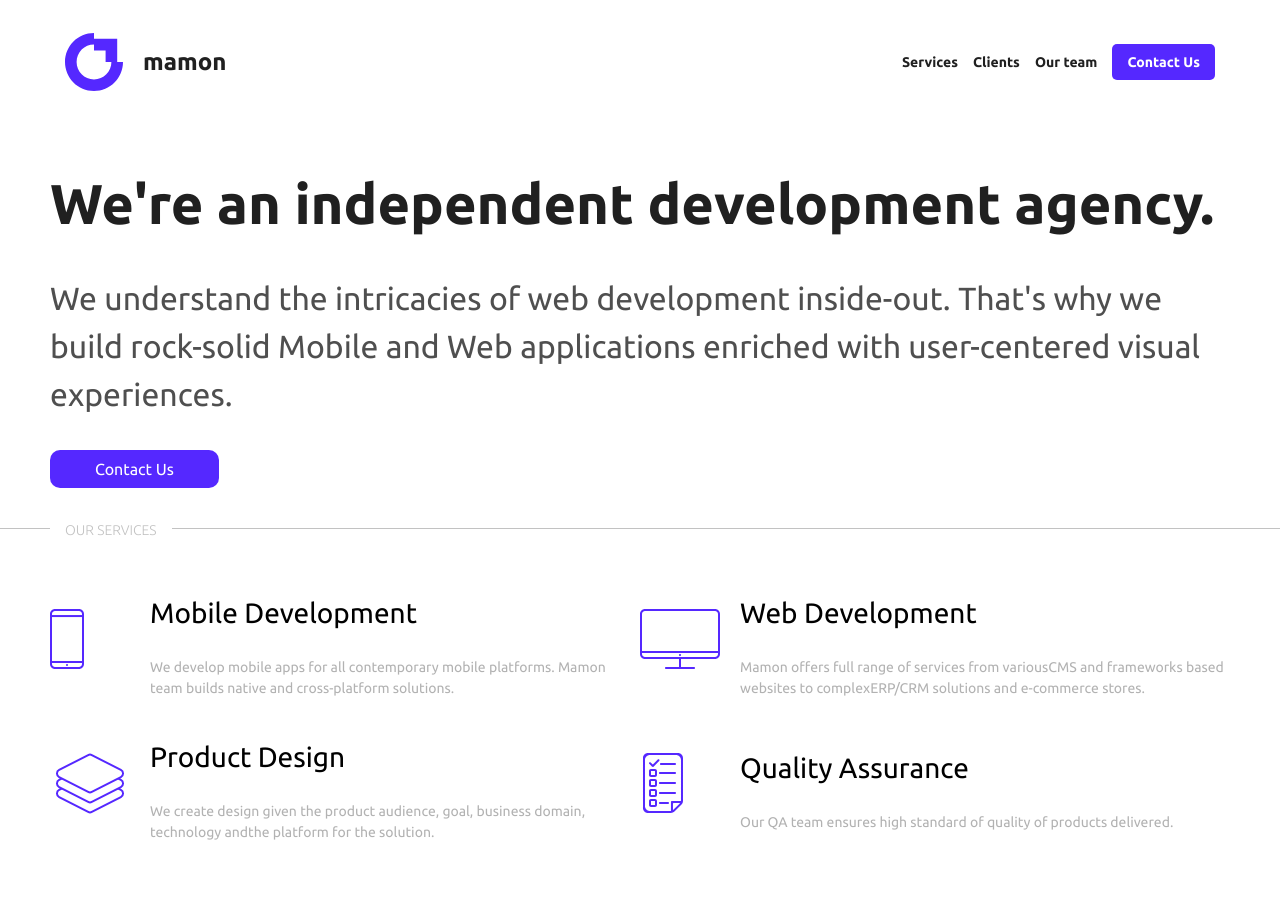
Repository: Vitalii23081984/testHGC
Page: index.html
An editor plug-in stored every save of this project. The page is shown before and after the next save, followed by the edit.
The browser window is 1280 px wide. The pictures show the whole page.

Above is the page before, as saved 2022-11-20 18:15:23.

### index.html
<!DOCTYPE html>
<html lang="en">
<head>
    <meta charset="UTF-8">
    <meta http-equiv="X-UA-Compatible" content="IE=edge">
    <meta name="viewport" content="width=device-width, initial-scale=1.0">
    <title>Mamon</title>
    <link href="https://fonts.googleapis.com/css2?family=Ubuntu:wght@300;400;700&display=swap" rel="stylesheet">
    <link rel="stylesheet" href="https://cdnjs.cloudflare.com/ajax/libs/normalize/8.0.1/normalize.css">
    <link rel="stylesheet" href="css/style.css">
</head>
<body>
    <header>
        <div class="header">
            <a href="" class="logo">
                <span class="logo_img"></span>
                <span class="logo_text">mamon</span></a>
            <nav>
                <ul class="nav">
                    <li><a href="">Services</a></li>
                    <li><a href="">Clients</a></li>
                    <li><a href="">Our team</a></li>
                    <li><button class="nav_btn" type="button">Contact Us</button></li>
                </ul>
            </nav>
        </div>

    </header>
    <div class="page">
        <div class="wrap">
            <h1 class="title-main">We're an independent development agency.</h1>
            <p class="text-main">We understand the intricacies of web development inside-out. That's why we build rock-solid Mobile and Web applications enriched with user-centered visual experiences.</p>
            <button type="button" class="button">Contact Us</button>
        </div>
    </div>
    <div class="page page-top">
        <div class="wrap">
            <h2>OUR SERVICES</h2>
            <div class="services">
                <div class="service-item">
                    <div class="services_img"><img src="img/icon-1.svg" alt=""></div>
                    <div class="services_text">
                        <h3>Mobile Development</h3>
                        <p>We develop mobile apps for all contemporary mobile platforms. Mamon team builds native and cross-platform solutions.</p>
                    </div>
                </div>
                <div class="service-item">
                    <div class="services_img"><img src="img/icon-2.svg" alt=""></div>
                    <div class="services_text">
                        <h3>Web Development</h3>
                        <p>Mamon offers full range of services from variousCMS and frameworks based websites to complexERP/CRM solutions and e-commerce stores.</p>
                    </div>
                </div>
                <div class="service-item">
                    <div class="services_img"><img src="img/icon3.svg" alt=""></div>
                    <div class="services_text">
                        <h3>Product Design</h3>
                        <p>We create design given the product audience, goal, business domain, technology andthe platform for the solution.</p>
                    </div>
                </div>
                <div class="service-item">
                    <div class="services_img"><img src="img/icon-4.svg" alt=""></div>
                    <div class="services_text">
                        <h3>Quality Assurance</h3>
                        <p> Our QA team ensures high standard of quality of products delivered.</p>
                    </div>
                </div>

            </div>
        </div>

    </div>

</body>
</html>

### css/style.css
body {
    font-family: 'Ubuntu', sans-serif;

}
.header {
    width: 100%;
    max-width: 1180px;
    margin: 0 auto;
    padding-left: 15px;
    padding-right: 15px;
    padding-top: 30px;
    display: flex;
    justify-content: space-between;
    align-items: center;
    box-sizing: border-box;
    font-weight: 700;
}
.wrap {
    width: 100%;
    max-width: 1180px;
    margin: 0 auto;
    padding-left: 15px;
    padding-right: 15px;

}
.nav {
    list-style-type: none;
    display: flex;
    justify-content: flex-start;
    align-items: center;
    font-size: 14px;

}
.nav>li {
    margin-left: 15px;
}
.nav>li>a {
    text-decoration: none;
    color: #202020;
}
.nav_btn {
    background-color: #5528FF;
    border-radius: 5px;
    padding: 10px 15px;
    color: white;
    border: none;
    font-weight: 700;
}
.logo {
    display: flex;
    align-items: center;
    text-decoration: none;
}
.logo_img {
    display: block;
    width: 58px;
    height: 58px;
    background-image: url(../img/logo.svg);
    margin-right: 20px;
}
.logo_text {
    font-size: 24px;
    color: #202020;

}
.title-main {
   font-size: 56px;
   color: #202020;
   font-weight: 700;

}
.text-main {
    font-size: 32px;
    line-height: 1.5;
    color: #4F4F4F;


}
.button {
    background-color: #5528FF;
    border-radius: 10px;
    padding: 10px 45px;
    color: white;
    border: none;
    font-weight: 24px;
}
.page {
    padding-top: 40px;
    padding-bottom: 40px;
    position: relative;
}
.page-top {
    border-top: 1px solid #c2c2c2;
}
.page h2 {
    position: absolute;
    top: -24px;
    font-size: 14px;
    font-weight: 300;
    background-color: white;
    padding: 5px 15px;
    color: #c2c2c2;
}
.services {
    display: grid;
    grid-template: 50% 50% / 50% 50%;

}
.service-item {
    display: flex;
    justify-content: flex-start;
    align-items: center;
}
.services_img {
    flex-basis: 100px;

}
.services_text {
    flex-basis: calc(100% - 100px);

}
.services h3 {
    font-size: 28px;
    font-weight: 400;

}
.services p {
    font-size: 14px;
    color: #B2B2B2;
    line-height: 1.5;


}

After the next save:
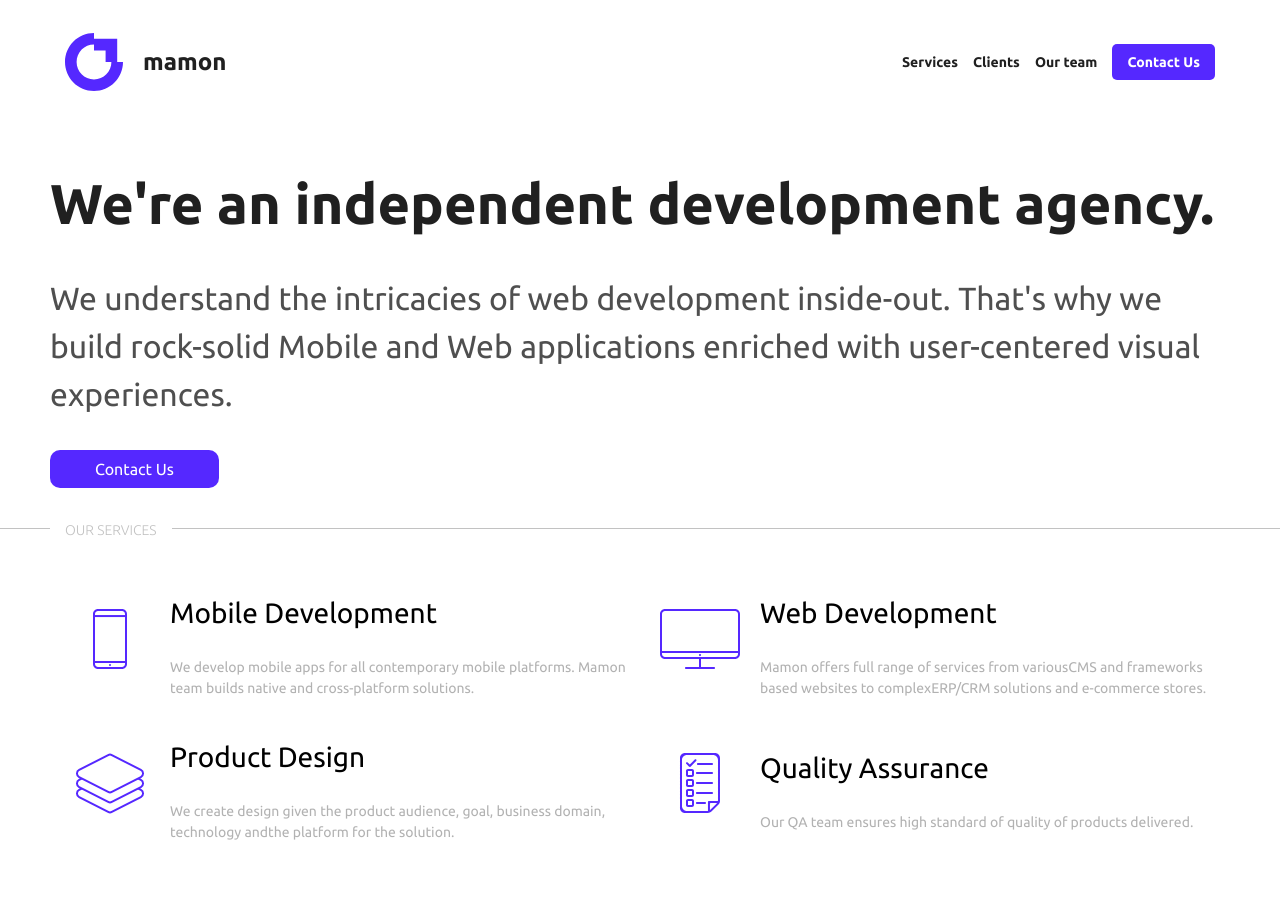
Saved 3 min 11 s later.
--- a/css/style.css
+++ b/css/style.css
@@ -112,11 +112,12 @@
     align-items: center;
 }
 .services_img {
-    flex-basis: 100px;
+    flex-basis: 120px;
+    text-align: center;
 
 }
 .services_text {
-    flex-basis: calc(100% - 100px);
+    flex-basis: calc(100% - 120px);
 
 }
 .services h3 {
